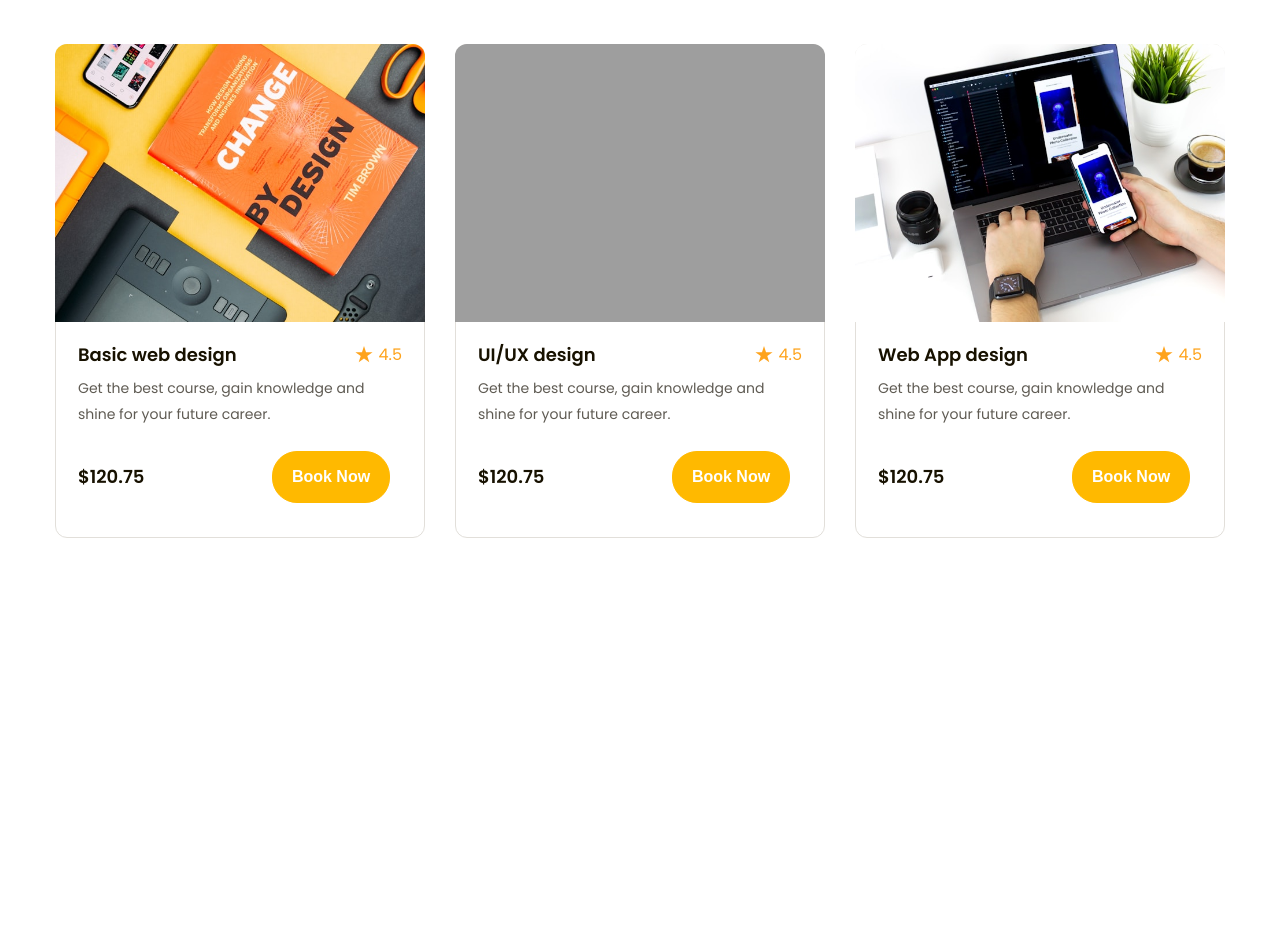
Repository: vancong171001/f8-html-css-02
Page: index.html
These files come from the project's save history. The page is drawn as it stood at one moment and after the next save; the edit follows.
The browser window is 1280 px wide. The pictures show the part of the page from y = 1255 to 2207 px (the page is 5000 px tall).
Pictures or frames that could not be fetched are drawn as grey boxes. A picture or video elsewhere on the page could not be fetched, so the positions and the page height are approximate.

Above is the page before, as saved 2025-03-11 14:30:57.

After the next save:
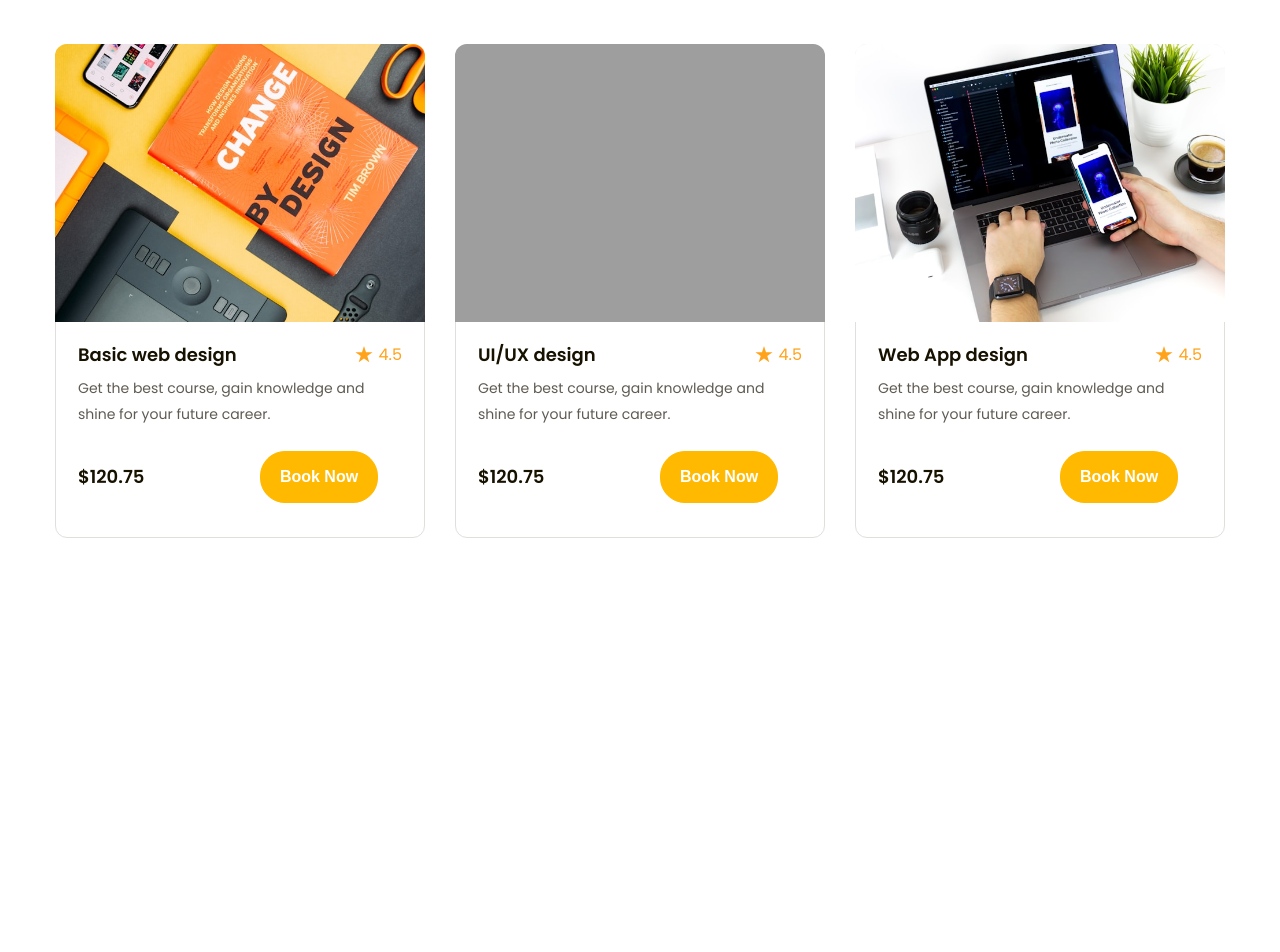
Saved 4 s later.
--- a/assets/css/style.css
+++ b/assets/css/style.css
@@ -378,5 +378,5 @@
   border-radius: 25px;
   background: var(--primary-color);
   border: 1px solid var(--primary-color);
-  margin: 12px ;
-}
+  margin: 12px 24px;
+}
